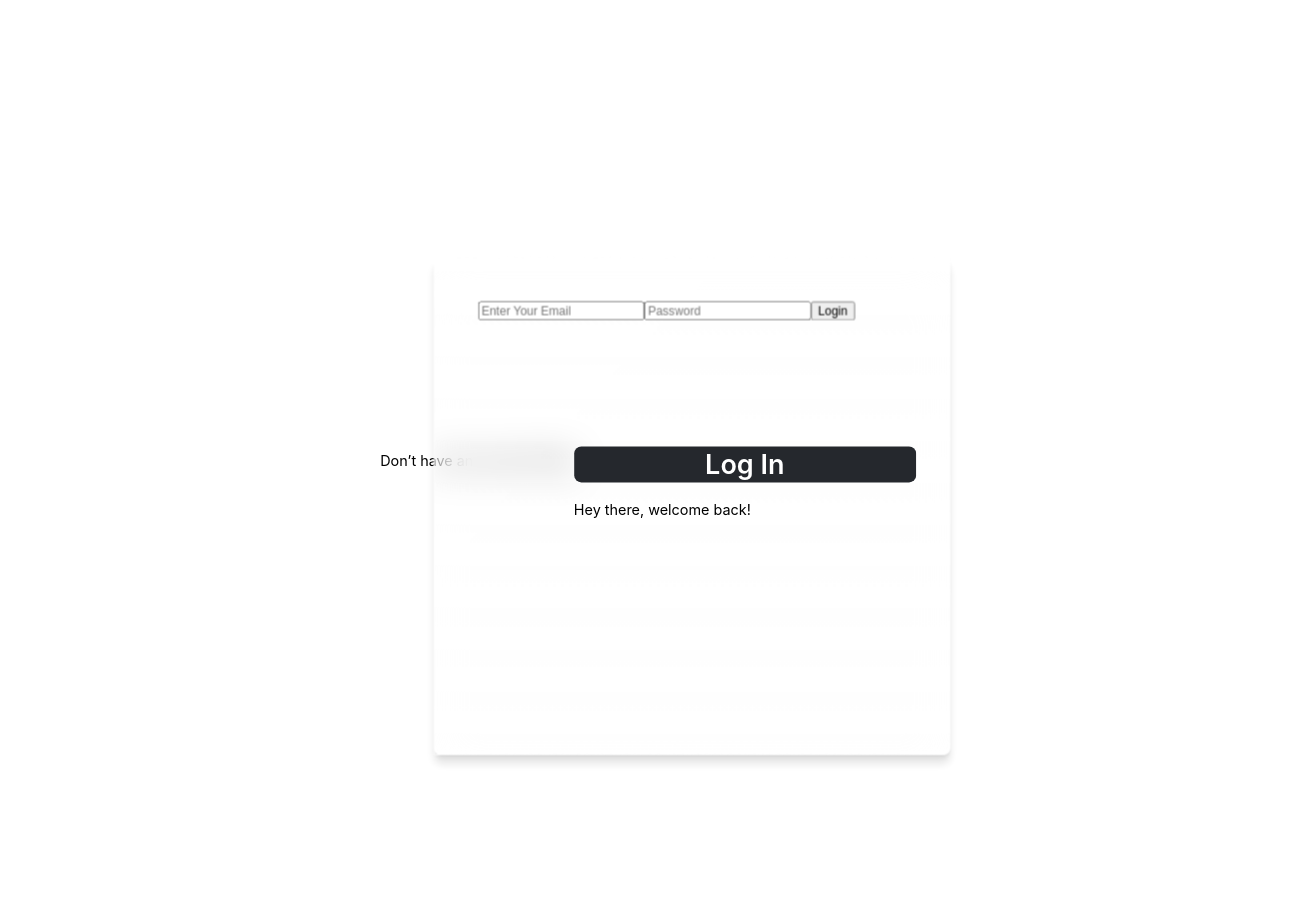
Repository: AfifaNoor/Admin_Panel-React-
Page: /
These files come from the project's save history. The page is drawn as it stood at one moment and after the next save; the edit follows.
The browser window is 1280 px wide. The page is 1440 px wide, so the pictures cover 1440 px, including what lies to the right of the window. The pictures show the whole page, at 90% of full size.
The project was rebuilt for these pictures with package versions that can differ from the ones it lists, and the page was loaded fresh each time. Also part of the build but not shown: src/SignUp.jsx.

Above is the page before, as saved 2025-07-10 14:52:35.

After the next save:
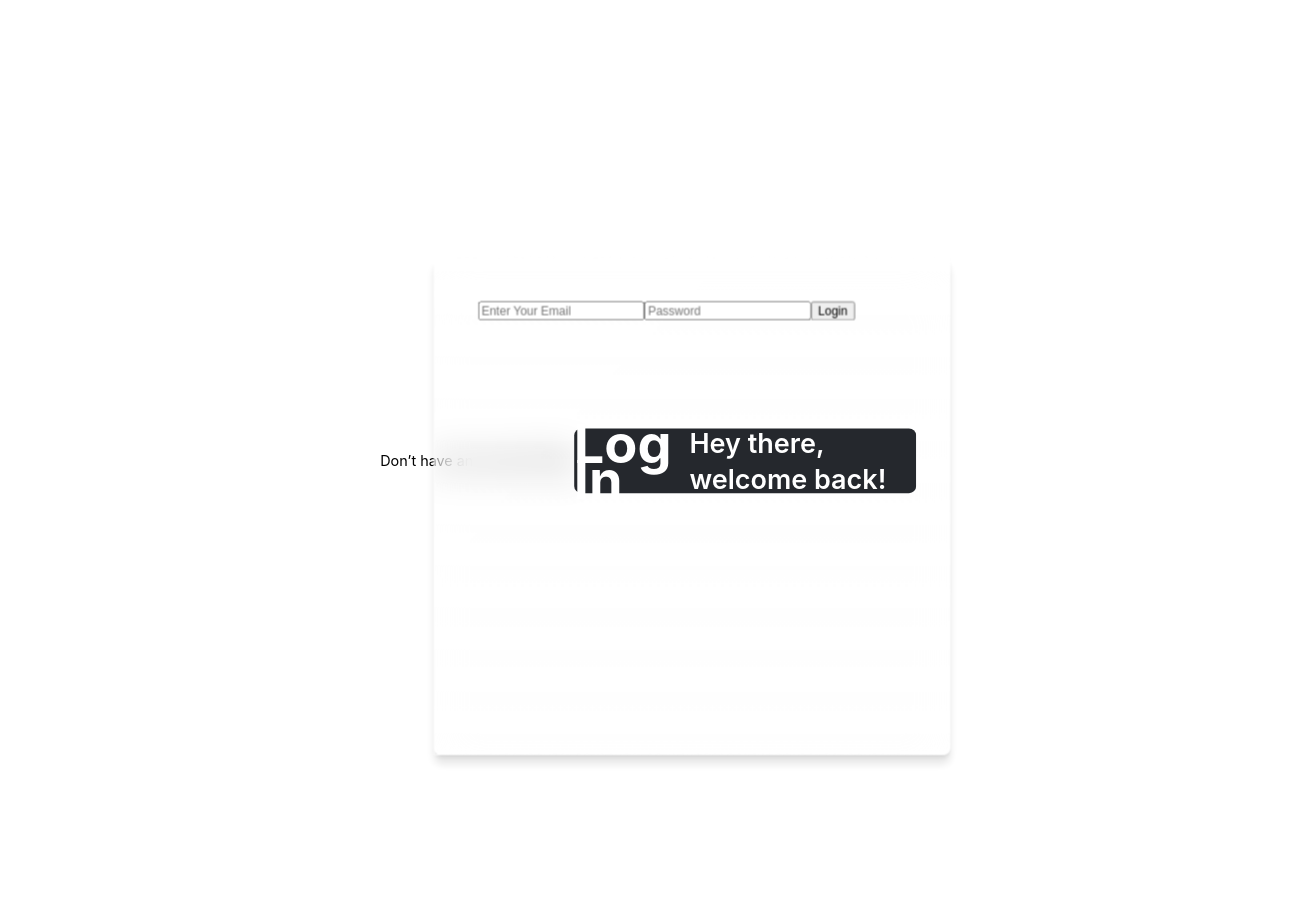
Saved 81 s later.
--- a/src/LoginPage.css
+++ b/src/LoginPage.css
@@ -45,7 +45,7 @@ box-shadow:
 
 }
 
-.title h1 {
+/* .title h1 {
   color: #fff;
   text-align: center;
   margin-bottom: 20px;
@@ -65,13 +65,23 @@ box-shadow:
   justify-content: center;
   border-radius: 8px;
 
-}
+} */
 
-.title{
-  z-index: 3;
+.title {
+  background: #25282D;
+  color: #fff;
+  border-radius: 8px;
+  display: flex;
+  align-items: center;
+  justify-content: center;
   width: 380px;
   height: 72px;
+  font-family: 'Inter', sans-serif;
+  font-weight: 600;
+  font-size: 30px;
+  line-height: 40px;
+  letter-spacing: -1%;
   opacity: 1;
   gap: 10px;
-
+  z-index: 3;
 }

After the save that followed:
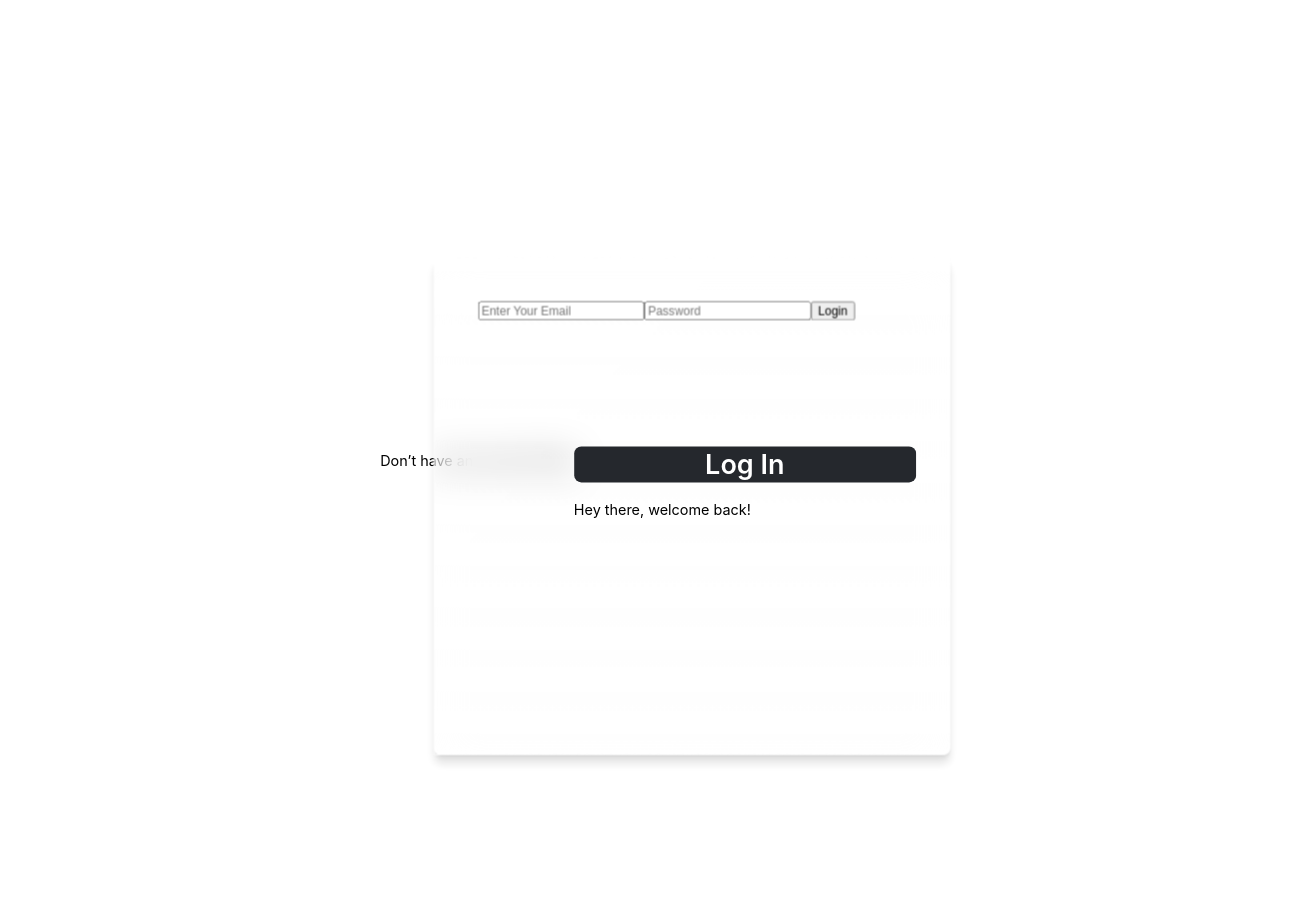
Saved 29 s later.
--- a/src/LoginPage.css
+++ b/src/LoginPage.css
@@ -45,7 +45,7 @@ box-shadow:
 
 }
 
-/* .title h1 {
+.title h1 {
   color: #fff;
   text-align: center;
   margin-bottom: 20px;
@@ -65,23 +65,13 @@ box-shadow:
   justify-content: center;
   border-radius: 8px;
 
-} */
+}
 
-.title {
-  background: #25282D;
-  color: #fff;
-  border-radius: 8px;
-  display: flex;
-  align-items: center;
-  justify-content: center;
+.title{
+  z-index: 3;
   width: 380px;
   height: 72px;
-  font-family: 'Inter', sans-serif;
-  font-weight: 600;
-  font-size: 30px;
-  line-height: 40px;
-  letter-spacing: -1%;
   opacity: 1;
   gap: 10px;
-  z-index: 3;
+
 }
